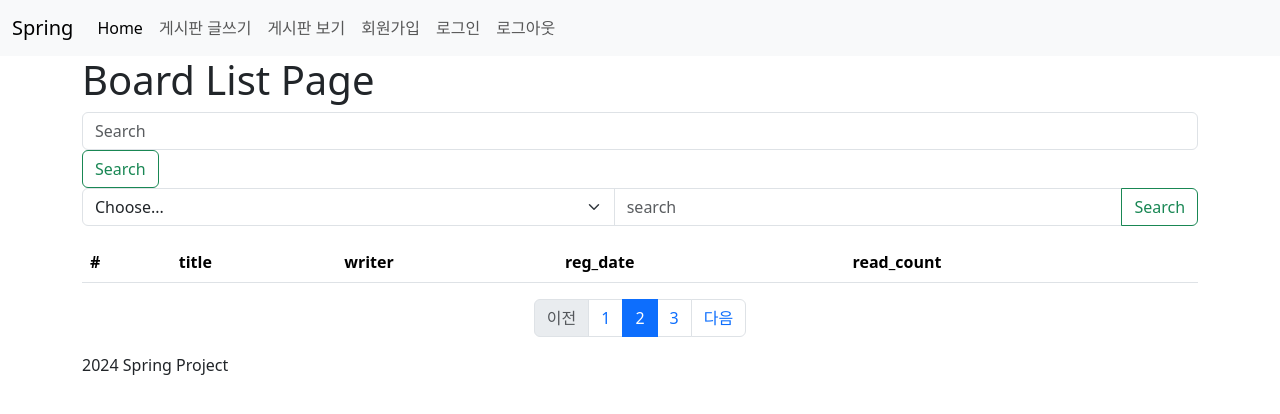
Repository: havanara/240423_SPRING_Project
Page: http://localhost/spring_study/WEB-INF/views/board/list.jsp
An editor plug-in stored every save of this project. The page is shown before and after a run of saves, followed by the edit.
The browser window is 1280 px wide. The pictures show the whole page.
The page is served by Tomcat 9. Nobody is signed in. The template is opened directly, without the code that normally fills it, so the values that code supplies are empty.

Above is the page before, as saved 2024-04-24 08:46:06.

After the next 2 saves:
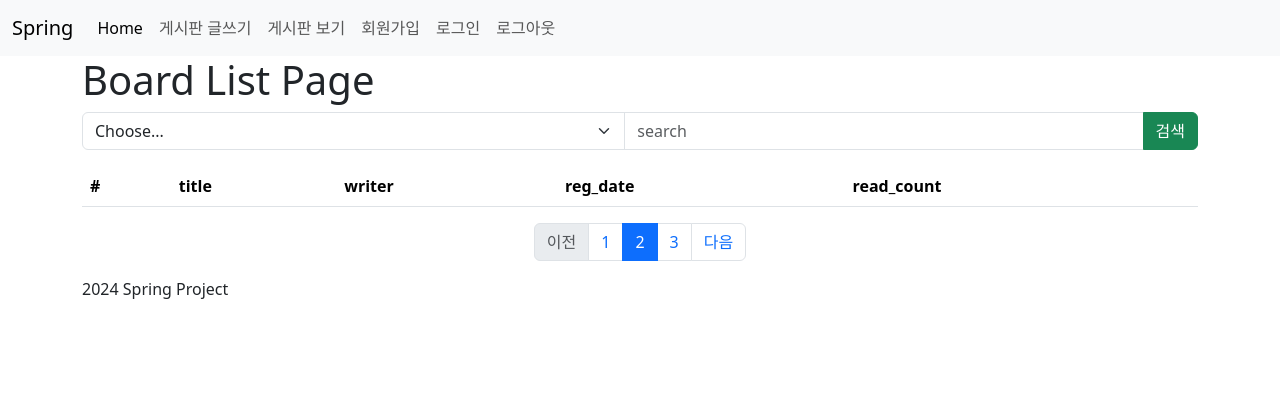
The 2 saves are shown as one change because they came seconds apart.
The last was saved 7 s later.
--- a/spring_study/src/main/webapp/WEB-INF/views/board/list.jsp
+++ b/spring_study/src/main/webapp/WEB-INF/views/board/list.jsp
@@ -9,10 +9,6 @@
 
 	<!-- 검색 라인 -->
 	<form action="">
-	<form class="d-flex" role="search">
-	<input class="form-control me-2" type="search" placeholder="Search" aria-label="Search">
-	<button class="btn btn-outline-success" type="submit">Search</button>
-      </form>
 		<div class="input-group mb-3">
 			<select class="form-select" aria-label="Default select example">
 			  <option selected>Choose...</option>
@@ -21,7 +17,7 @@
 			  <option value="content">content</option>
 			</select>
 			<input class="form-control" type="text" placeholder="search" aria-label="default input example">
-	<button class="btn btn-outline-success" type="submit">Search</button>
+		  <button type="button" class="btn btn-success">검색</button>
 		</div>
 	</form>
 
